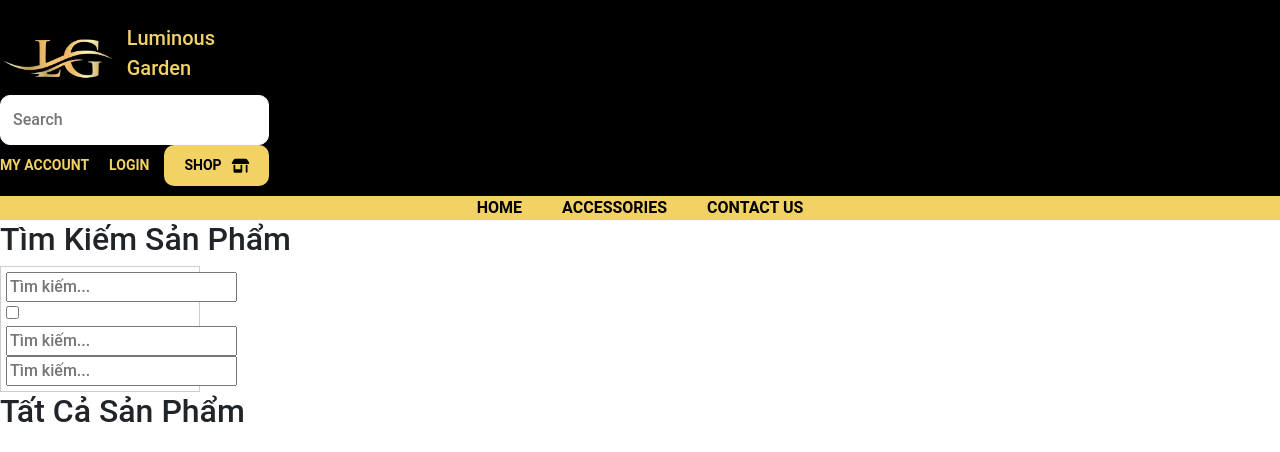
Repository: Nghia251506/eproject
Page: http://localhost/eproject/product/search
An editor plug-in stored every save of this project. The page is shown before and after the next save, followed by the edit.
The browser window is 1280 px wide. The pictures show the part of the page from y = 0 to 452 px (the page is 887 px tall before and 827 px after).
Pictures or frames that could not be fetched are drawn as grey boxes. Some web fonts or font styles are not loaded; a fallback is used. Some web libraries are served in a nearby version. The page is run by PHP 8.4 with error messages shown; the project is at /var/www/html/. Queries for data that is not in the repository find no rows.

Above is the page before, as saved 2024-10-12 18:48:33.
Console error: TypeError: Cannot read properties of null (reading 'querySelectorAll')

After the next save:
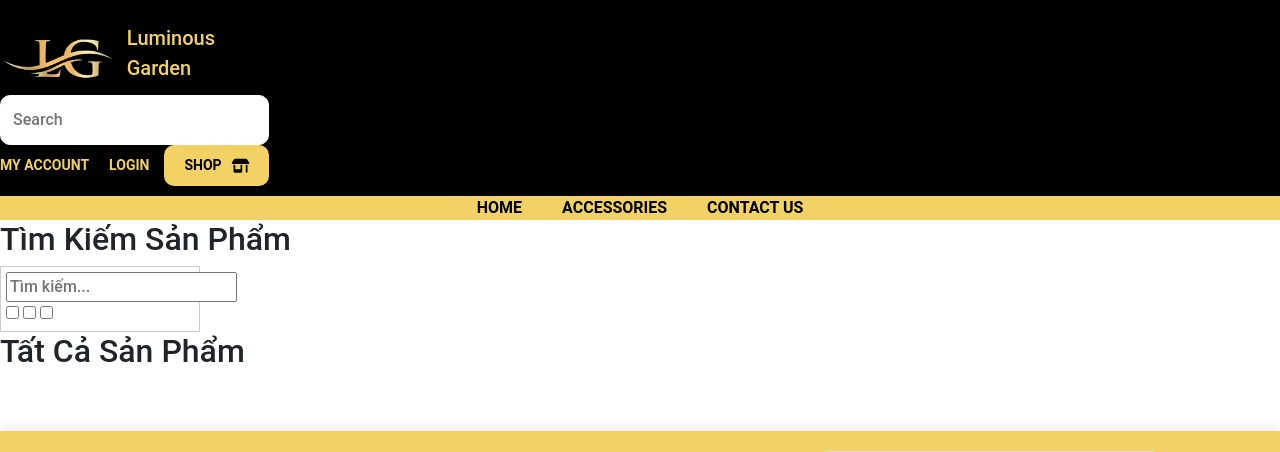
Saved 5 s later.
--- a/app/views/products/product.php
+++ b/app/views/products/product.php
@@ -22,8 +22,8 @@
                 <form action="http://localhost/eproject/product/search" method="POST">
                     <input name="name" type="text" placeholder="Tìm kiếm...">
                     <input name="name" type="checkbox" placeholder="Tìm kiếm...">
-                    <input name="name" type="text" placeholder="Tìm kiếm...">
-                    <input name="name" type="text" placeholder="Tìm kiếm...">
+                    <input name="name" type="checkbox" placeholder="Tìm kiếm...">
+                    <input name="name" type="checkbox" placeholder="Tìm kiếm...">
                 </form>
             </div>
         </aside>
